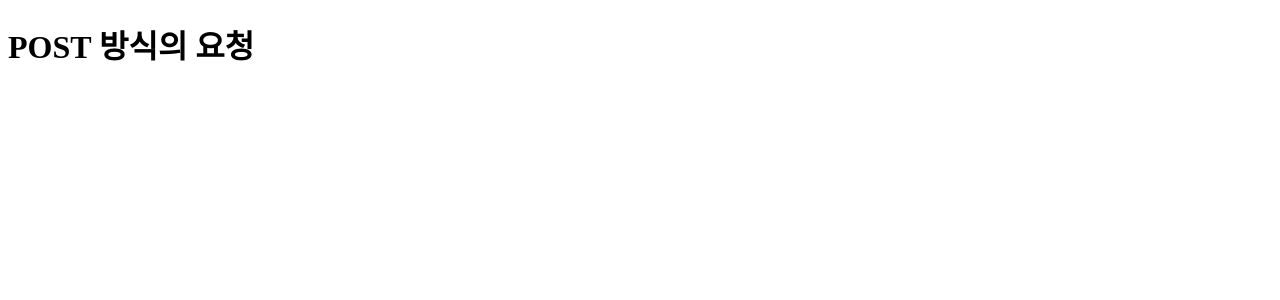
Repository: zoselakt/My_practice_JSP
Page: http://localhost/day07/ajax_test.jsp
An editor plug-in stored every save of this project. The page is shown before and after the next save, followed by the edit.
The browser window is 1280 px wide. The pictures show the whole page.
The page is served by Tomcat 9.

Above is the page before, as saved 2022-02-28 13:02:41.

After the next save:
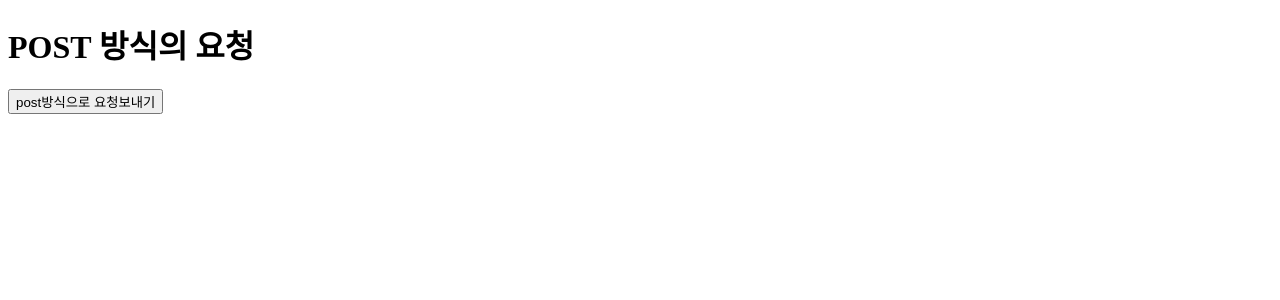
Saved 29 s later.
--- a/day07/WebContent/ajax_test.jsp
+++ b/day07/WebContent/ajax_test.jsp
@@ -29,5 +29,6 @@
 
  <body>
  	<h1>POST 방식의 요청</h1>
+ 	<button onclick="sendRequest()">post방식으로 요청보내기</button>
  </body>
 </html>
